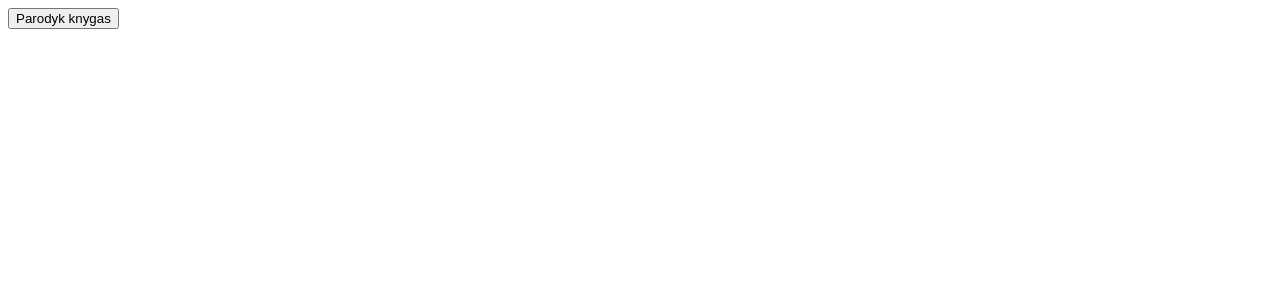
Repository: motiejus1/17-paskaita-PHP-05.31
Page: http://localhost/testavimas/ajax_uzklausa_jquery.php
The author's editor kept a copy of each file at every save. The page is drawn from the files as they stood at one save, then again after a run of saves.
The browser window is 1280 px wide. The pictures show the whole page.
Some web libraries are served in a nearby version. The page is run by PHP 8.4 with error messages shown; the project is at /var/www/html/.

Above is the page before, as saved 2021-09-16 19:33:59.

After the next 8 saves:
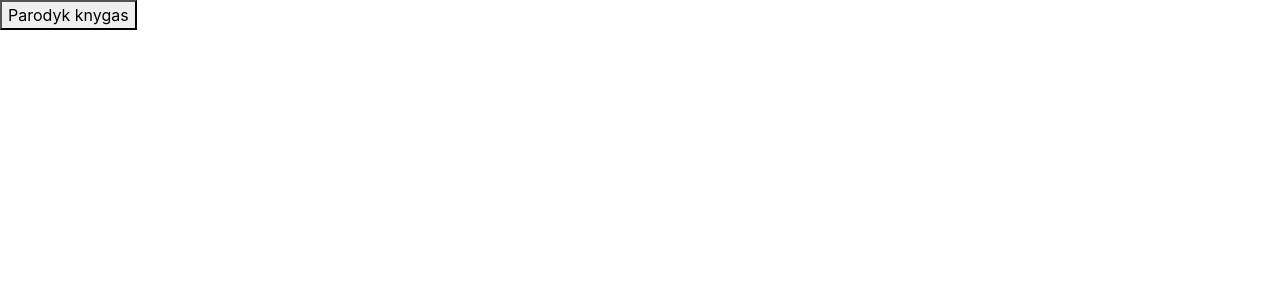
The 8 saves are shown as one change because they came seconds apart.
The last was saved 20 s later.
--- a/testavimas/ajax_uzklausa_jquery.php
+++ b/testavimas/ajax_uzklausa_jquery.php
@@ -6,7 +6,7 @@
     <meta name="viewport" content="width=device-width, initial-scale=1.0">
     <title>Jquery Ajax</title>
 
-
+    <?php require_once("../includes.php"); ?>
 
 
 </head>
